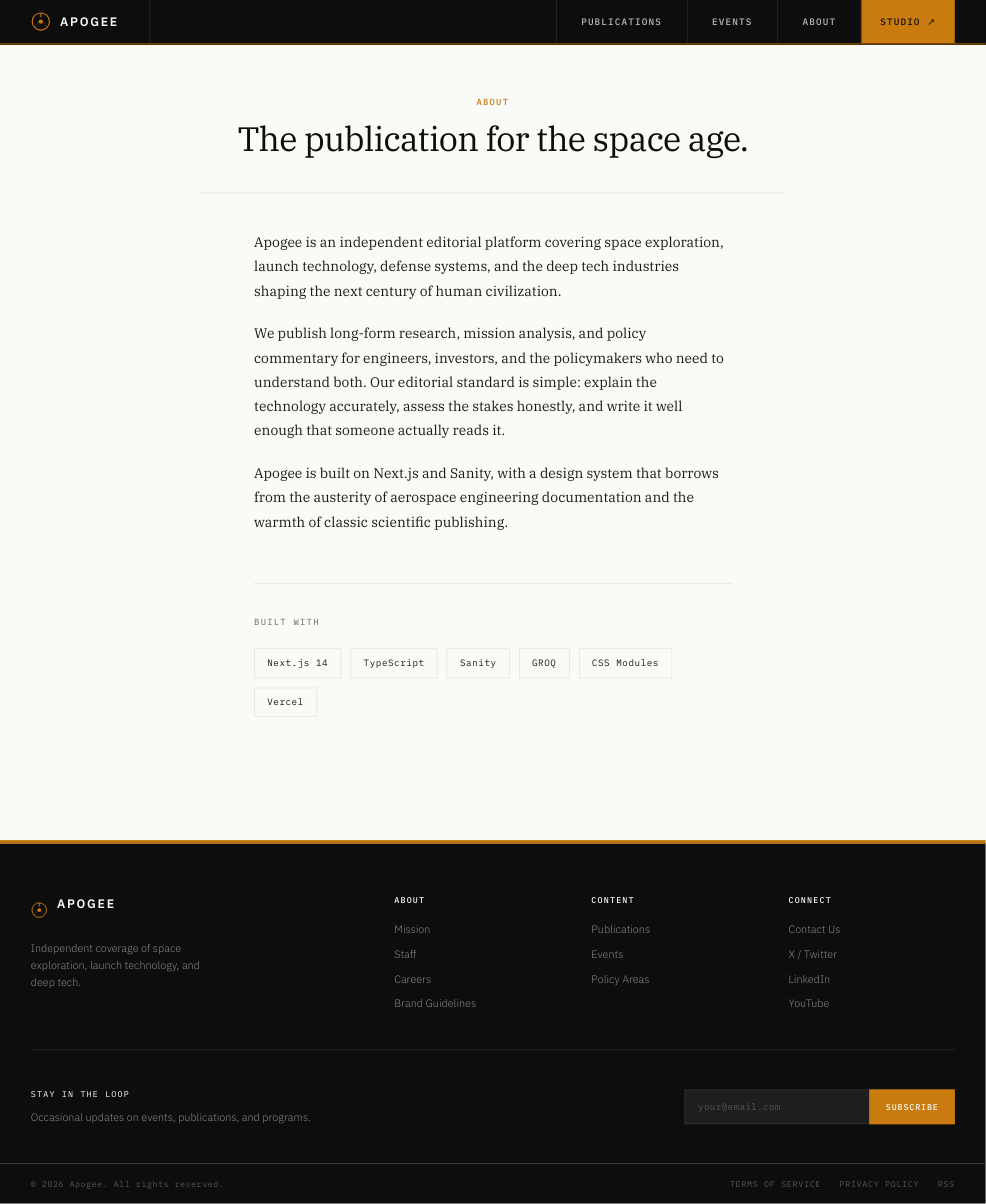
Repository: aricmoore/apogee
Page: /about
These files come from the project's save history. The page is drawn as it stood at one moment and after the next save; the edit follows.
The browser window is 1280 px wide. The pictures show the whole page, at 77% of full size.
The project was rebuilt for these pictures with package versions that can differ from the ones it lists, and the page was loaded fresh each time. The framework's server and built-in components were replaced by stand-ins that run in the browser. Also part of the build but not shown: next.config.ts.

Above is the page before, as saved 2026-04-12 21:14:48.

### src/app/layout.tsx
import type { Metadata } from 'next'
import '@/app/globals.css'
import Nav from '@/components/Nav'
import Footer from '@/components/Footer'

export const metadata: Metadata = {
  title: 'Apogee',
  description: 'Space & Deep Tech',
}

export default function RootLayout({ children }: { children: React.ReactNode }) {
  return (
    <html lang="en">
      <body>
        <Nav />
        <main>{children}</main>
        <Footer />
      </body>
    </html>
  )
}

### src/app/about/page.tsx
import styles from './page.module.css'

export default function AboutPage() {
  return (
    <div className={styles.page}>
      <div className="container">
        <div className={styles.header}>
          <span className={styles.label}>About</span>
          <h1 className={styles.title}>The publication for the space age.</h1>
        </div>
        <div className={styles.body}>
          <p>Apogee is an independent editorial platform covering space exploration, launch technology, defense systems, and the deep tech industries shaping the next century of human civilization.</p>
          <p>We publish long-form research, mission analysis, and policy commentary for engineers, investors, and the policymakers who need to understand both. Our editorial standard is simple: explain the technology accurately, assess the stakes honestly, and write it well enough that someone actually reads it.</p>
          <p>Apogee is built on Next.js and Sanity, with a design system that borrows from the austerity of aerospace engineering documentation and the warmth of classic scientific publishing.</p>
        </div>
        <div className={styles.stack}>
          <span className={styles.stackLabel}>Built with</span>
          <div className={styles.stackGrid}>
            {['Next.js 14', 'TypeScript', 'Sanity', 'GROQ', 'CSS Modules', 'Vercel'].map(item => (
              <div key={item} className={styles.stackItem}>{item}</div>
            ))}
          </div>
        </div>
      </div>
    </div>
  )
}

### src/app/globals.css
@import url('https://fonts.googleapis.com/css2?family=Bebas+Neue&family=IBM+Plex+Serif:ital,wght@0,400;0,500;1,400&family=IBM+Plex+Mono:wght@400;500&family=IBM+Plex+Sans:wght@300;400;500;600&display=swap');

:root {
  --amber:       #C97B10;
  --amber-light: #E8960A;
  --amber-dim:   #7A4A05;
  --black:       #0D0D0D;
  --white:       #FAFAF7;
  --stone:       #C8C8C4;
  --ink:         #1A1A1A;
  --muted:       #6A6A66;
  --faint:       #E4E4E0;
  --bg:          #FAFAF7;
  --accent:      #C97B10;

  --font-display: 'Bebas Neue', 'Arial Narrow', sans-serif;
  --font-serif:   'IBM Plex Serif', Georgia, serif;
  --font-mono:    'IBM Plex Mono', 'Courier New', monospace;
  --font-sans:    'IBM Plex Sans', system-ui, sans-serif;

  --text-xs:   0.75rem;
  --text-sm:   0.875rem;
  --text-base: 1rem;
  --text-lg:   1.125rem;
  --text-xl:   1.25rem;
  --text-2xl:  1.5rem;
  --text-3xl:  2rem;
  --text-4xl:  2.75rem;
  --text-5xl:  3.5rem;
  --text-6xl:  5rem;
  --text-7xl:  7rem;

  --space-1:  0.25rem;
  --space-2:  0.5rem;
  --space-3:  0.75rem;
  --space-4:  1rem;
  --space-5:  1.25rem;
  --space-6:  1.5rem;
  --space-8:  2rem;
  --space-10: 2.5rem;
  --space-12: 3rem;
  --space-16: 4rem;
  --space-20: 5rem;
  --space-24: 6rem;

  --max-w:         1280px;
  --leading-tight: 1.0;
  --leading-snug:  1.25;
  --leading-body:  1.72;
  --measure:       66ch;
  --ease:          cubic-bezier(0.16, 1, 0.3, 1);
}

*, *::before, *::after { box-sizing: border-box; margin: 0; padding: 0; }

html { font-size: 16px; -webkit-font-smoothing: antialiased; -moz-osx-font-smoothing: grayscale; }

body {
  background: var(--bg);
  color: var(--ink);
  font-family: var(--font-sans);
  font-size: var(--text-base);
  line-height: var(--leading-body);
  font-weight: 400;
}

a { color: inherit; text-decoration: none; }
img { display: block; max-width: 100%; }
button { cursor: pointer; border: none; background: none; font: inherit; }

.container {
  width: 100%;
  max-width: var(--max-w);
  margin: 0 auto;
  padding: 0 var(--space-10);
}

.label {
  font-family: var(--font-mono);
  font-size: 0.72rem;
  font-weight: 500;
  letter-spacing: 0.12em;
  text-transform: uppercase;
  color: var(--muted);
}

.rule        { border: none; border-top: 1px solid var(--faint); }
.rule--heavy { border-top: 2px solid var(--black); }

### src/components/Nav.tsx
'use client'
import Link from 'next/link'
import { useState } from 'react'
import styles from './Nav.module.css'

function ApogeeIcon() {
  return (
    <svg width="26" height="26" viewBox="0 0 28 28" fill="none" xmlns="http://www.w3.org/2000/svg" aria-hidden="true">
      <circle cx="14" cy="14" r="12" stroke="#C97B10" strokeWidth="1.5" fill="none"/>
      <circle cx="14" cy="14" r="3" fill="#C97B10"/>
      <line x1="14" y1="2" x2="14" y2="8" stroke="#C97B10" strokeWidth="1.5"/>
      <path d="M 6 22 Q 14 6 22 22" stroke="#C97B10" strokeWidth="1" fill="none" strokeDasharray="2 2"/>
    </svg>
  )
}

const links = [
  { label: 'Publications', href: '/' },
  { label: 'Events', href: '/events' },
  { label: 'About', href: '/about' },
]

export default function Nav() {
  const [open, setOpen] = useState(false)

  return (
    <header className={styles.header}>
      <div className={styles.inner}>
        <Link href="/" className={styles.wordmark} onClick={() => setOpen(false)}>
          <ApogeeIcon />
          <span className={styles.wordmarkText}>Apogee</span>
        </Link>

        {/* Desktop links */}
        <nav className={styles.links} aria-label="Main navigation">
          {links.map(l => (
            <Link key={l.label} href={l.href} className={styles.link}>{l.label}</Link>
          ))}
          <Link href="/studio" className={styles.studio}>Studio ↗</Link>
        </nav>

        {/* Mobile right side */}
        <div className={styles.mobileRight}>
          <Link href="/studio" className={styles.studio}>Studio ↗</Link>
          <button
            className={styles.burger}
            onClick={() => setOpen(o => !o)}
            aria-label={open ? 'Close menu' : 'Open menu'}
            aria-expanded={open}
          >
            <span className={`${styles.burgerLine} ${open ? styles.burgerTop : ''}`} />
            <span className={`${styles.burgerLine} ${open ? styles.burgerMid : ''}`} />
            <span className={`${styles.burgerLine} ${open ? styles.burgerBot : ''}`} />
          </button>
        </div>
      </div>

      {/* Mobile overlay */}
      {open && (
        <div className={styles.overlay}>
          <nav className={styles.overlayLinks}>
            {links.map(l => (
              <Link
                key={l.label}
                href={l.href}
                className={styles.overlayLink}
                onClick={() => setOpen(false)}
              >
                {l.label}
              </Link>
            ))}
          </nav>
        </div>
      )}
    </header>
  )
}

### src/components/Footer.tsx
import Link from 'next/link'
import styles from './Footer.module.css'

export default function Footer() {
  return (
    <footer className={styles.footer}>
      <div className={styles.top}>
        <div className="container">
          <div className={styles.grid}>
            <div className={styles.brand}>
              <div className={styles.wordmarkWrap}>
								<svg width="22" height="22" viewBox="0 0 28 28" fill="none" xmlns="http://www.w3.org/2000/svg" aria-hidden="true">
									<circle cx="14" cy="14" r="12" stroke="#C97B10" strokeWidth="1.5" fill="none"/>
									<circle cx="14" cy="14" r="3" fill="#C97B10"/>
									<line x1="14" y1="2" x2="14" y2="8" stroke="#C97B10" strokeWidth="1.5"/>
									<path d="M 6 22 Q 14 6 22 22" stroke="#C97B10" strokeWidth="1" fill="none" strokeDasharray="2 2"/>
								</svg>
								<span className={styles.wordmark}>Apogee</span>
							</div>
              <p className={styles.tagline}>Independent coverage of space exploration, launch technology, and deep tech.</p>
            </div>
            <div className={styles.col}>
              <span className={styles.colLabel}>About</span>
              <Link href="/about" className={styles.colLink}>Mission</Link>
              <Link href="/" className={styles.colLink}>Staff</Link>
              <Link href="/" className={styles.colLink}>Careers</Link>
              <Link href="/" className={styles.colLink}>Brand Guidelines</Link>
            </div>
            <div className={styles.col}>
              <span className={styles.colLabel}>Content</span>
              <Link href="/" className={styles.colLink}>Publications</Link>
              <Link href="/events" className={styles.colLink}>Events</Link>
              <Link href="/" className={styles.colLink}>Policy Areas</Link>
            </div>
            <div className={styles.col}>
              <span className={styles.colLabel}>Connect</span>
              <Link href="/" className={styles.colLink}>Contact Us</Link>
              <Link href="/" className={styles.colLink}>X / Twitter</Link>
              <Link href="/" className={styles.colLink}>LinkedIn</Link>
              <Link href="/" className={styles.colLink}>YouTube</Link>
            </div>
          </div>

          <div className={styles.subscribe}>
            <span className={styles.subscribeLabel}>Stay in the loop</span>
            <p className={styles.subscribeSub}>Occasional updates on events, publications, and programs.</p>
            <div className={styles.subscribeForm}>
              <input
                type="email"
                placeholder="your@email.com"
                className={styles.input}
                aria-label="Email address"
              />
              <button className={styles.subscribeBtn}>Subscribe</button>
            </div>
          </div>
        </div>
      </div>

      <div className={styles.bottom}>
        <div className="container">
          <div className={styles.bottomInner}>
            <span className={styles.copy}>© 2026 Apogee. All rights reserved.</span>
            <div className={styles.bottomLinks}>
              <Link href="/" className={styles.bottomLink}>Terms of Service</Link>
              <Link href="/" className={styles.bottomLink}>Privacy Policy</Link>
              <Link href="/" className={styles.bottomLink}>RSS</Link>
            </div>
          </div>
        </div>
      </div>
    </footer>
  )
}

### src/app/about/page.module.css
.page {
  padding: var(--space-16) 0 var(--space-24);
}

.header {
  max-width: 760px;
  margin: 0 auto var(--space-12);
  text-align: center;
  padding-bottom: var(--space-12);
  border-bottom: 1px solid var(--faint);
}

.label {
  font-family: var(--font-mono);
  font-size: 0.72rem;
  font-weight: 500;
  letter-spacing: 0.14em;
  text-transform: uppercase;
  color: var(--amber);
  display: block;
  margin-bottom: var(--space-4);
}

.title {
  font-family: var(--font-serif);
  font-size: var(--text-4xl);
  font-weight: 400;
  line-height: var(--leading-tight);
  letter-spacing: -0.02em;
  color: var(--black);
}

.body {
  max-width: 620px;
  margin: 0 auto var(--space-16);
  font-family: var(--font-serif);
  font-size: var(--text-lg);
  line-height: 1.75;
  color: var(--ink);
}

.body p {
  margin-bottom: var(--space-6);
}

.stack {
  max-width: 620px;
  margin: 0 auto;
  padding-top: var(--space-10);
  border-top: 1px solid var(--faint);
}

.stackLabel {
  font-family: var(--font-mono);
  font-size: 0.72rem;
  letter-spacing: 0.14em;
  text-transform: uppercase;
  color: var(--muted);
  display: block;
  margin-bottom: var(--space-6);
}

.stackGrid {
  display: flex;
  flex-wrap: wrap;
  gap: var(--space-3);
}

.stackItem {
  font-family: var(--font-mono);
  font-size: 0.75rem;
  letter-spacing: 0.06em;
  color: var(--ink);
  border: 1px solid var(--faint);
  padding: var(--space-2) var(--space-4);
  transition: border-color 0.15s, color 0.15s;
}

.stackItem:hover {
  border-color: var(--amber);
  color: var(--amber);
}

### src/components/Nav.module.css
.header {
  position: sticky;
  top: 0;
  z-index: 100;
  background: var(--black);
  border-bottom: 2px solid var(--amber-dim);
}

.inner {
  display: flex;
  align-items: stretch;
  justify-content: space-between;
  min-height: 56px;
  max-width: var(--max-w);
  margin: 0 auto;
  padding: 0 var(--space-10);
}

.wordmark {
  display: flex;
  align-items: center;
  gap: var(--space-3);
  padding-right: var(--space-10);
  border-right: 1px solid #2a2a2a;
  transition: opacity 0.15s;
  white-space: nowrap;
}

.wordmark:hover { opacity: 0.8; }

.wordmarkText {
  font-family: var(--font-sans);
  font-size: 1rem;
  font-weight: 600;
  letter-spacing: 0.14em;
  text-transform: uppercase;
  color: var(--white);
  line-height: 1;
}

/* Desktop nav */
.links {
  display: flex;
  align-items: stretch;
}

.link {
  display: flex;
  align-items: center;
  font-family: var(--font-mono);
  font-size: 0.76rem;
  font-weight: 500;
  letter-spacing: 0.12em;
  text-transform: uppercase;
  color: #BBBBBB;
  padding: 0 var(--space-8);
  border-left: 1px solid #2a2a2a;
  transition: color 0.15s;
  white-space: nowrap;
}

.link:hover { color: var(--amber-light); }

.studio {
  display: flex;
  align-items: center;
  font-family: var(--font-mono);
  font-size: 0.76rem;
  font-weight: 500;
  letter-spacing: 0.12em;
  text-transform: uppercase;
  color: var(--black);
  background: var(--amber);
  padding: 0 var(--space-6);
  border-left: 1px solid #2a2a2a;
  transition: background 0.15s;
  white-space: nowrap;
}

.studio:hover { background: var(--amber-light); }

/* Mobile */
.mobileRight {
  display: none;
  align-items: stretch;
}

.burger {
  display: flex;
  flex-direction: column;
  justify-content: center;
  gap: 5px;
  padding: 0 var(--space-5);
  border-left: 1px solid #2a2a2a;
  background: none;
  cursor: pointer;
  width: 52px;
}

.burgerLine {
  display: block;
  width: 20px;
  height: 1.5px;
  background: #BBBBBB;
  transition: transform 0.2s, opacity 0.2s;
  transform-origin: center;
}

.burgerTop  { transform: translateY(6.5px) rotate(45deg); }
.burgerMid  { opacity: 0; }
.burgerBot  { transform: translateY(-6.5px) rotate(-45deg); }

/* Full-screen overlay */
.overlay {
  position: fixed;
  top: 56px;
  left: 0;
  right: 0;
  bottom: 0;
  background: var(--black);
  z-index: 99;
  display: flex;
  flex-direction: column;
  padding: var(--space-8);
  border-top: 1px solid #1e1e1e;
}

.overlayLinks {
  display: flex;
  flex-direction: column;
  gap: 0;
}

.overlayLink {
  font-family: var(--font-display);
  font-size: 3rem;
  letter-spacing: 0.06em;
  color: var(--white);
  padding: var(--space-5) 0;
  border-bottom: 1px solid #1e1e1e;
  transition: color 0.15s;
}

.overlayLink:hover { color: var(--amber); }

/* Breakpoints */
@media (max-width: 768px) {
  .links { display: none; }
  .mobileRight { display: flex; }
  .inner { padding: 0 var(--space-6); }
  .wordmark { padding-right: var(--space-6); }
}

@media (max-width: 400px) {
  .inner { padding: 0 var(--space-4); }
  .wordmarkText { font-size: 0.85rem; }
}

### src/components/Footer.module.css
.footer {
  border-top: 3px solid var(--amber);
  margin-top: var(--space-16);
}

.top {
  background: var(--black);
  padding: var(--space-16) 0 var(--space-12);
	border-top: 2px solid var(--amber);
}

.grid {
  display: grid;
  grid-template-columns: 2fr 1fr 1fr 1fr;
  gap: var(--space-10);
  margin-bottom: var(--space-12);
  padding-bottom: var(--space-12);
  border-bottom: 1px solid #2a2a2a;
}

.brand {}

.wordmark {
  font-family: var(--font-display);
  font-size: 2rem;
  letter-spacing: 0.1em;
  color: var(--white);
  display: block;
  margin-bottom: var(--space-4);
}

.wordmarkWrap {
  display: flex;
  align-items: center;
  gap: var(--space-3);
  margin-bottom: var(--space-4);
}

.wordmark {
  font-family: var(--font-sans);
  font-size: 1rem;
  font-weight: 600;
  letter-spacing: 0.14em;
  text-transform: uppercase;
  color: var(--white);
}

.tagline {
  font-family: var(--font-sans);
  font-size: var(--text-sm);
  font-weight: 300;
  line-height: 1.6;
  color: #888;
  max-width: 28ch;
}

.col {
  display: flex;
  flex-direction: column;
  gap: var(--space-2);
}

.colLabel {
  font-family: var(--font-mono);
  font-size: 0.68rem;
  font-weight: 500;
  letter-spacing: 0.14em;
  text-transform: uppercase;
  color: var(--white);
  margin-bottom: var(--space-2);
}

.colLink {
  font-family: var(--font-sans);
  font-size: var(--text-sm);
  font-weight: 300;
  color: #888;
  transition: color 0.15s;
}

.colLink:hover { color: var(--amber); }

/* Subscribe */
.subscribe {
  display: grid;
  grid-template-columns: 1fr auto;
  grid-template-rows: auto auto;
  gap: var(--space-2) var(--space-8);
  align-items: center;
}

.subscribeLabel {
  font-family: var(--font-mono);
  font-size: 0.68rem;
  letter-spacing: 0.14em;
  text-transform: uppercase;
  color: var(--white);
  grid-column: 1;
}

.subscribeSub {
  font-family: var(--font-sans);
  font-size: var(--text-sm);
  font-weight: 300;
  color: #888;
  grid-column: 1;
}

.subscribeForm {
  display: flex;
  grid-column: 2;
  grid-row: 1 / 3;
  align-self: center;
}

.input {
  font-family: var(--font-mono);
  font-size: 0.75rem;
  letter-spacing: 0.04em;
  background: #1e1e1e;
  border: 1px solid #333;
  border-right: none;
  color: var(--white);
  padding: var(--space-3) var(--space-4);
  width: 240px;
  outline: none;
  transition: border-color 0.15s;
}

.input::placeholder { color: #555; }
.input:focus { border-color: var(--amber); }

.subscribeBtn {
  font-family: var(--font-mono);
  font-size: 0.68rem;
  font-weight: 500;
  letter-spacing: 0.1em;
  text-transform: uppercase;
  color: var(--white);
  background: var(--amber);
  border: 1px solid var(--amber);
  padding: var(--space-3) var(--space-5);
  cursor: pointer;
  transition: background 0.15s;
  white-space: nowrap;
}

.subscribeBtn:hover { background: var(--black); border-color: var(--white); }

/* Bottom bar */
.bottom {
  background: var(--black);
  border-top: 1px solid #2a2a2a;
  padding: var(--space-4) 0;
}

.bottomInner {
  display: flex;
  justify-content: space-between;
  align-items: center;
}

.copy {
  font-family: var(--font-mono);
  font-size: 0.68rem;
  letter-spacing: 0.06em;
  color: #555;
}

.bottomLinks {
  display: flex;
  gap: var(--space-6);
}

.bottomLink {
  font-family: var(--font-mono);
  font-size: 0.68rem;
  letter-spacing: 0.08em;
  text-transform: uppercase;
  color: #555;
  transition: color 0.15s;
}

.bottomLink:hover { color: var(--amber); }

@media (max-width: 900px) {
  .grid { grid-template-columns: 1fr 1fr; }
  .subscribe { grid-template-columns: 1fr; }
  .subscribeForm { grid-column: 1; grid-row: auto; }
  .input { width: 100%; }
}

@media (max-width: 500px) {
  .grid { grid-template-columns: 1fr; }
  .bottomInner { flex-direction: column; gap: var(--space-3); align-items: flex-start; }
}

After the next save:
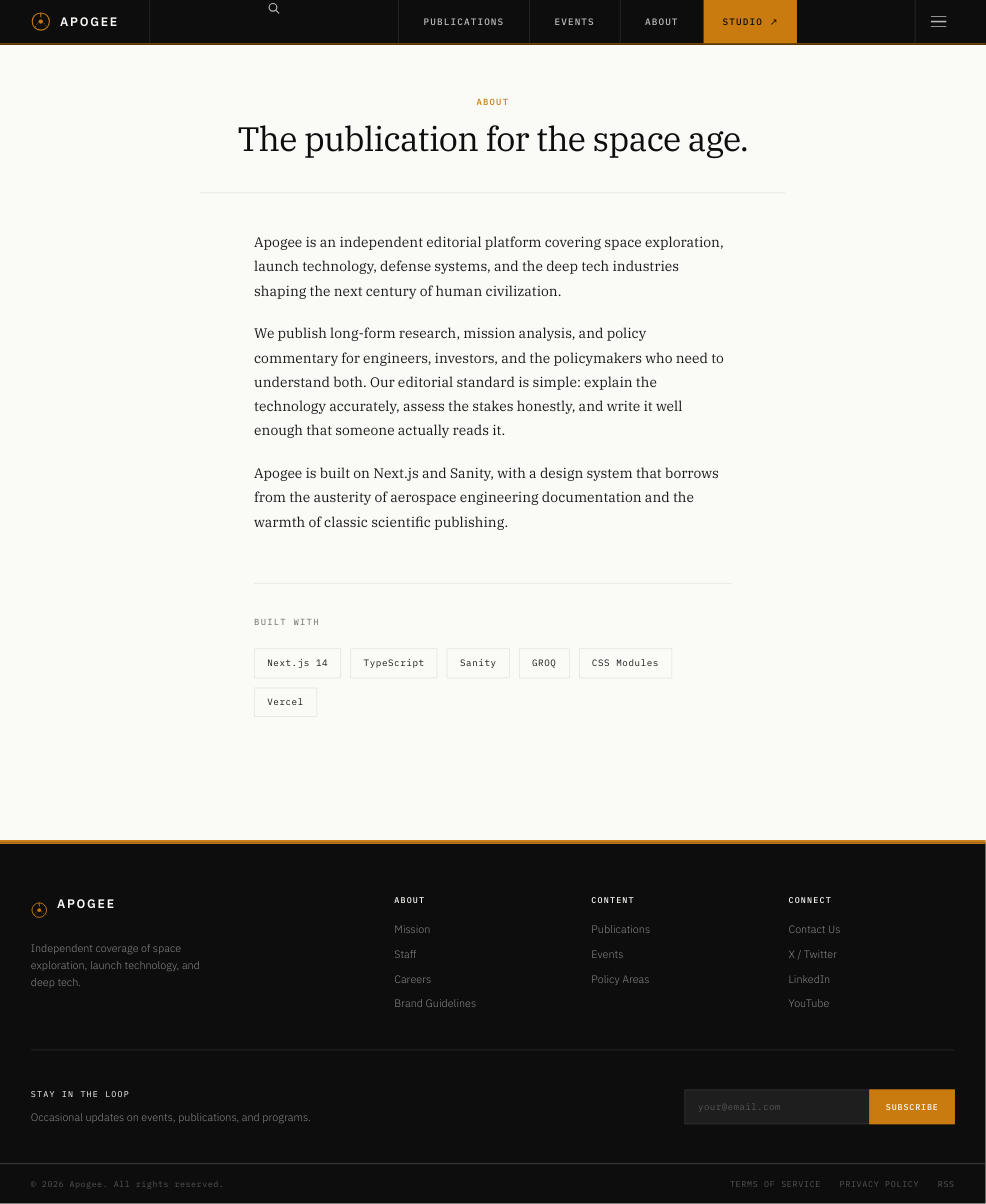
Saved 13 s later.
--- a/src/components/Nav.tsx
+++ b/src/components/Nav.tsx
@@ -21,17 +21,58 @@ const links = [
 ]
 
 export default function Nav() {
-  const [open, setOpen] = useState(false)
+  const [menuOpen, setMenuOpen] = useState(false)
+  const [searchOpen, setSearchOpen] = useState(false)
+  const [query, setQuery] = useState('')
+
+  const handleSearch = (e: React.FormEvent) => {
+    e.preventDefault()
+    if (query.trim()) {
+      setSearchOpen(false)
+      setQuery('')
+    }
+  }
 
   return (
     <header className={styles.header}>
       <div className={styles.inner}>
-        <Link href="/" className={styles.wordmark} onClick={() => setOpen(false)}>
+
+        {/* Left — logo */}
+        <Link href="/" className={styles.wordmark} onClick={() => setMenuOpen(false)}>
           <ApogeeIcon />
           <span className={styles.wordmarkText}>Apogee</span>
         </Link>
 
-        {/* Desktop links */}
+        {/* Center — search (expands inline) */}
+        <div className={styles.searchWrap}>
+          {searchOpen ? (
+            <form onSubmit={handleSearch} className={styles.searchForm}>
+              <input
+                autoFocus
+                type="text"
+                value={query}
+                onChange={e => setQuery(e.target.value)}
+                placeholder="Search articles..."
+                className={styles.searchInput}
+                aria-label="Search"
+              />
+              <button type="button" className={styles.searchClose} onClick={() => { setSearchOpen(false); setQuery('') }}>✕</button>
+            </form>
+          ) : (
+            <button
+              className={styles.searchBtn}
+              onClick={() => setSearchOpen(true)}
+              aria-label="Open search"
+            >
+              <svg width="16" height="16" viewBox="0 0 16 16" fill="none" aria-hidden="true">
+                <circle cx="6.5" cy="6.5" r="5" stroke="#BBBBBB" strokeWidth="1.5"/>
+                <line x1="10.5" y1="10.5" x2="14" y2="14" stroke="#BBBBBB" strokeWidth="1.5" strokeLinecap="round"/>
+              </svg>
+            </button>
+          )}
+        </div>
+
+        {/* Right — desktop nav */}
         <nav className={styles.links} aria-label="Main navigation">
           {links.map(l => (
             <Link key={l.label} href={l.href} className={styles.link}>{l.label}</Link>
@@ -39,24 +80,22 @@ export default function Nav() {
           <Link href="/studio" className={styles.studio}>Studio ↗</Link>
         </nav>
 
-        {/* Mobile right side */}
-        <div className={styles.mobileRight}>
-          <Link href="/studio" className={styles.studio}>Studio ↗</Link>
-          <button
-            className={styles.burger}
-            onClick={() => setOpen(o => !o)}
-            aria-label={open ? 'Close menu' : 'Open menu'}
-            aria-expanded={open}
-          >
-            <span className={`${styles.burgerLine} ${open ? styles.burgerTop : ''}`} />
-            <span className={`${styles.burgerLine} ${open ? styles.burgerMid : ''}`} />
-            <span className={`${styles.burgerLine} ${open ? styles.burgerBot : ''}`} />
-          </button>
-        </div>
+        {/* Mobile burger */}
+        <button
+          className={styles.burger}
+          onClick={() => setMenuOpen(o => !o)}
+          aria-label={menuOpen ? 'Close menu' : 'Open menu'}
+          aria-expanded={menuOpen}
+        >
+          <span className={`${styles.burgerLine} ${menuOpen ? styles.burgerTop : ''}`} />
+          <span className={`${styles.burgerLine} ${menuOpen ? styles.burgerMid : ''}`} />
+          <span className={`${styles.burgerLine} ${menuOpen ? styles.burgerBot : ''}`} />
+        </button>
+
       </div>
 
       {/* Mobile overlay */}
-      {open && (
+      {menuOpen && (
         <div className={styles.overlay}>
           <nav className={styles.overlayLinks}>
             {links.map(l => (
@@ -64,11 +103,14 @@ export default function Nav() {
                 key={l.label}
                 href={l.href}
                 className={styles.overlayLink}
-                onClick={() => setOpen(false)}
+                onClick={() => setMenuOpen(false)}
               >
                 {l.label}
               </Link>
             ))}
+            <Link href="/studio" className={styles.overlayLink} onClick={() => setMenuOpen(false)}>
+              Studio ↗
+            </Link>
           </nav>
         </div>
       )}
